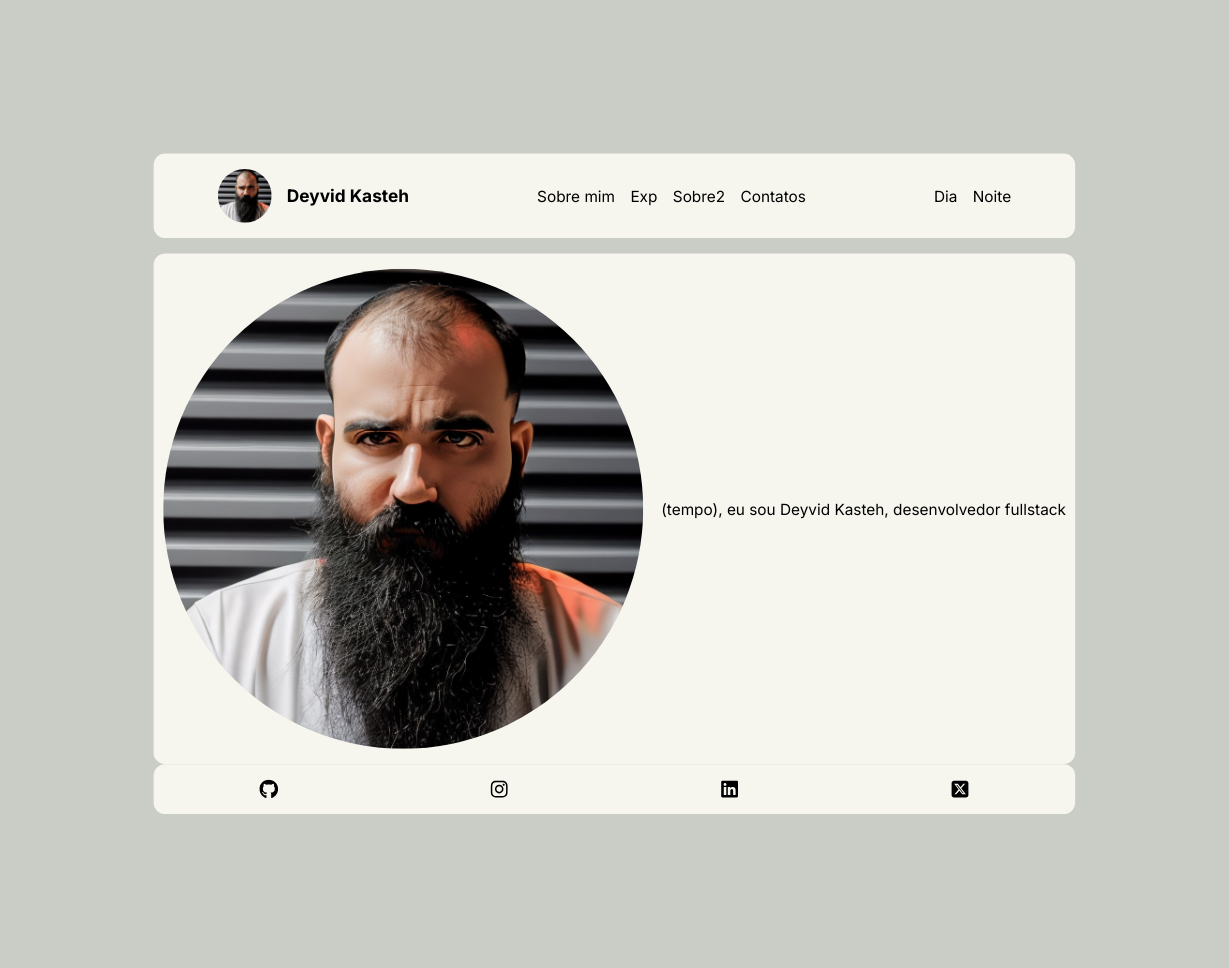
Repository: Deyvid-Kasteh/kasteh_portfolio
Page: /
These files come from the project's save history. The page is drawn as it stood at one moment and after a run of saves; the edit follows.
The browser window is 1280 px wide. The pictures show the whole page, at 96% of full size.
The project was rebuilt for these pictures with package versions that can differ from the ones it lists, and the page was loaded fresh each time. The framework's server and built-in components were replaced by stand-ins that run in the browser. Also part of the build but not shown: next.config.mjs.

Above is the page before, as saved 2024-03-26 00:24:19.

### src/app/layout.tsx
import type { Metadata } from "next";
import { Inter } from "next/font/google";
import "./globals.css";

const inter = Inter({ subsets: ["latin"] });

export const metadata: Metadata = {
  title: "Create Next App",
  description: "Generated by create next app",
};

export default function RootLayout({
  children,
}: Readonly<{
  children: React.ReactNode;
}>) {
  return (
    <html lang="pt-br">
      <body
        className={`bg-customGrayBG ${inter.className} p-4 sm:p-6 md:p-8 lg:p-10 xl:p-40`}
      >
        {children}
      </body>
    </html>
  );
}

### src/app/page.tsx
import Footer from "./components/footer";
import Header from "./components/header";
import Main from "./components/main";

export default function Home() {
  return (
    <>
      <Header />
      <Main />
      <Footer/>
    </>
  );
}

### src/app/globals.css
@tailwind base;
@tailwind components;
@tailwind utilities;

:root {
  --foreground-rgb: 0, 0, 0;
  --background-start-rgb: 214, 219, 220;
  --background-end-rgb: 0, 0, 0;
}

/* @media (prefers-color-scheme: dark) {
  :root {
    --foreground-rgb: 255, 255, 255;
    --background-start-rgb: 0, 0, 0;
    --background-end-rgb: 0, 0, 0;
  }
} */

body {
  color: "#25282B"
  /* background: linear-gradient(
      to bottom,
      transparent,
      rgb(var(--background-end-rgb))
    )
    rgb(var(--background-start-rgb)); */
}



@layer utilities {
  .text-balance {
    text-wrap: balance;
  }
}

### src/app/components/footer.tsx
import React from "react";
import {
  FaGithub,
  FaInstagram,
  FaLinkedin
} from "react-icons/fa";
import { FaSquareXTwitter } from "react-icons/fa6";

const Footer: React.FC = () => {
  return (
    <main className="bg-customGrayComponents flex justify-around items-center py-4 rounded-xl text-[20px]">
      <FaGithub />
      <FaInstagram />
      <FaLinkedin />
      <FaSquareXTwitter />
    </main>
  );
};

export default Footer;

### src/app/components/header.tsx
import React from "react";
import logo from "../../../public/deyvidKaseth.jpg";
import Image from "next/image";

const Header: React.FC = () => {
  return (
    <header className="bg-customGrayComponents flex justify-around items-center py-4 rounded-xl mb-4">
      <div className="flex items-center space-x-4">
        <Image src={logo} alt="Logo" className="rounded-full w-14 h-14" />
        <h1 className="text-lg font-bold">Deyvid Kasteh</h1>
      </div>
      <nav>
        <ul className="flex space-x-4">
          <li>
            <a href="#">Sobre mim</a>
          </li>
          <li>
            <a href="#" c>
              Exp
            </a>
          </li>
          <li>
            <a href="#">Sobre2</a>
          </li>
          <li>
            <a href="#">Contatos</a>
          </li>
        </ul>
      </nav>
      <div className="flex space-x-4">
        <p>Dia</p>
        <p>Noite</p>
      </div>
    </header>
  );
};

export default Header;

### src/app/components/main.tsx
import React from 'react'
import MinhaFoto from './common/fotoDeyvidKasteh';

const Main: React.FC = () => {
  return (
    <main className="bg-customGrayComponents flex justify-around items-center py-4 rounded-xl">
      <div>
        <MinhaFoto height={500} width={500} />
      </div>
      <div>(tempo), eu sou Deyvid Kasteh, desenvolvedor fullstack</div>
    </main>
  );
}

export default Main

### src/app/components/common/fotoDeyvidKasteh.tsx
import React from "react"
import minhafoto from "../../../../public/deyvidKaseth.jpg"
import Image from "next/image"


interface ImageProps {
  width: number;
  height: number;
}


const MinhaFoto: React.FC<ImageProps> = ({ width, height }) => {
  return (
    <Image
      src={minhafoto}
      alt="Foto de Deyvid Kasteh"
      width={width}
      height={height}
      className="rounded-full"
    />
  );
};

export default MinhaFoto

### tailwind.config.ts
import type { Config } from "tailwindcss";

const config: Config = {
  content: [
    "./src/pages/**/*.{js,ts,jsx,tsx,mdx}",
    "./src/components/**/*.{js,ts,jsx,tsx,mdx}",
    "./src/app/**/*.{js,ts,jsx,tsx,mdx}",
  ],
  theme: {
    extend: {
      backgroundImage: {
        "gradient-radial": "radial-gradient(var(--tw-gradient-stops))",
        "gradient-conic":
          "conic-gradient(from 180deg at 50% 50%, var(--tw-gradient-stops))",
      },
      colors: {
        customGrayBG: "#CACCC6", // Definindo o background color
        customGrayComponents: "#F6F6EF",
      },
    },
  },
  plugins: [],
};
export default config;

After the next 2 saves:
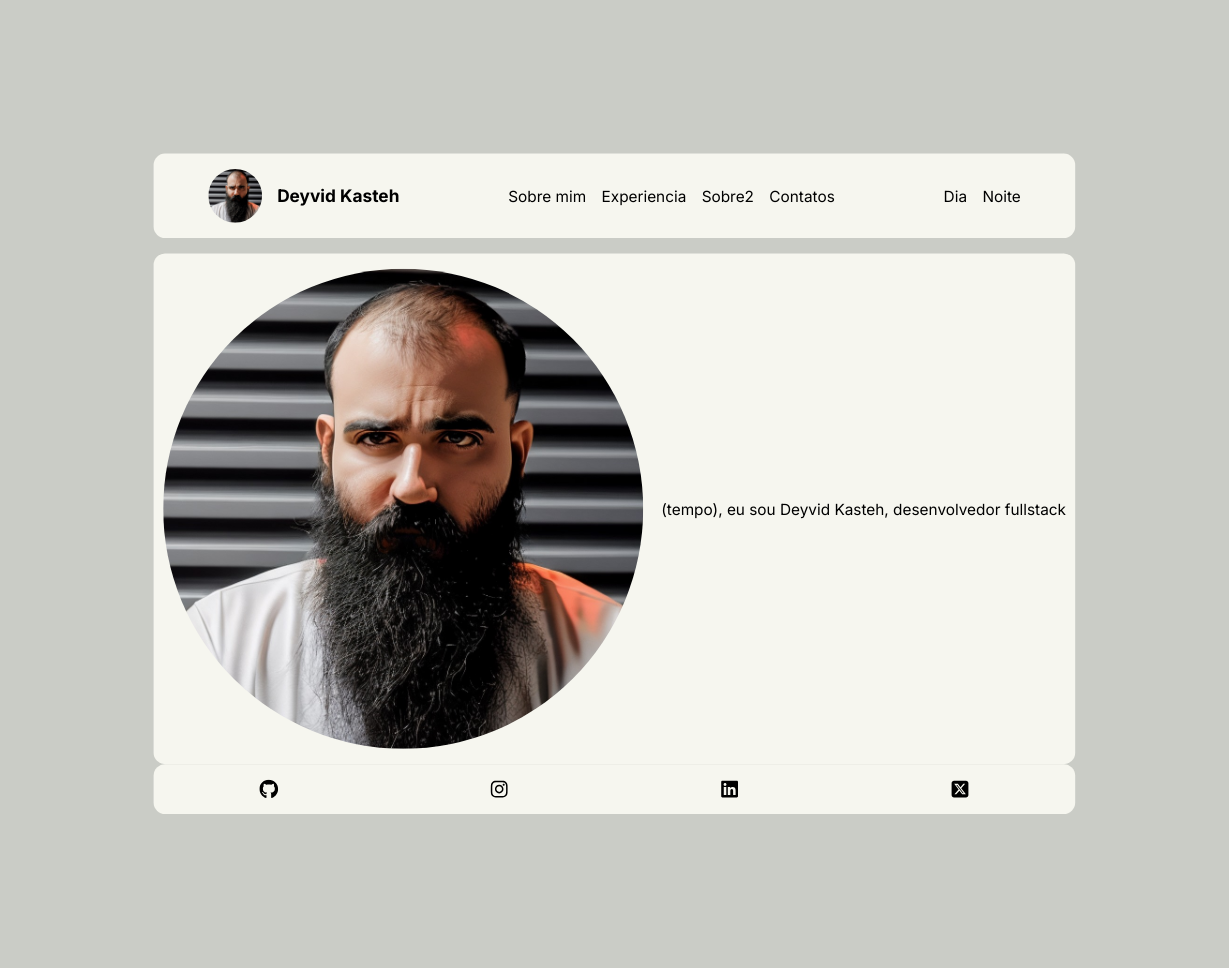
The 2 saves are shown as one change because they came seconds apart.
The last was saved 9 s later.
--- a/src/app/components/header.tsx
+++ b/src/app/components/header.tsx
@@ -16,7 +16,7 @@ const Header: React.FC = () => {
           </li>
           <li>
             <a href="#" c>
-              Exp
+              Experiencia
             </a>
           </li>
           <li>
